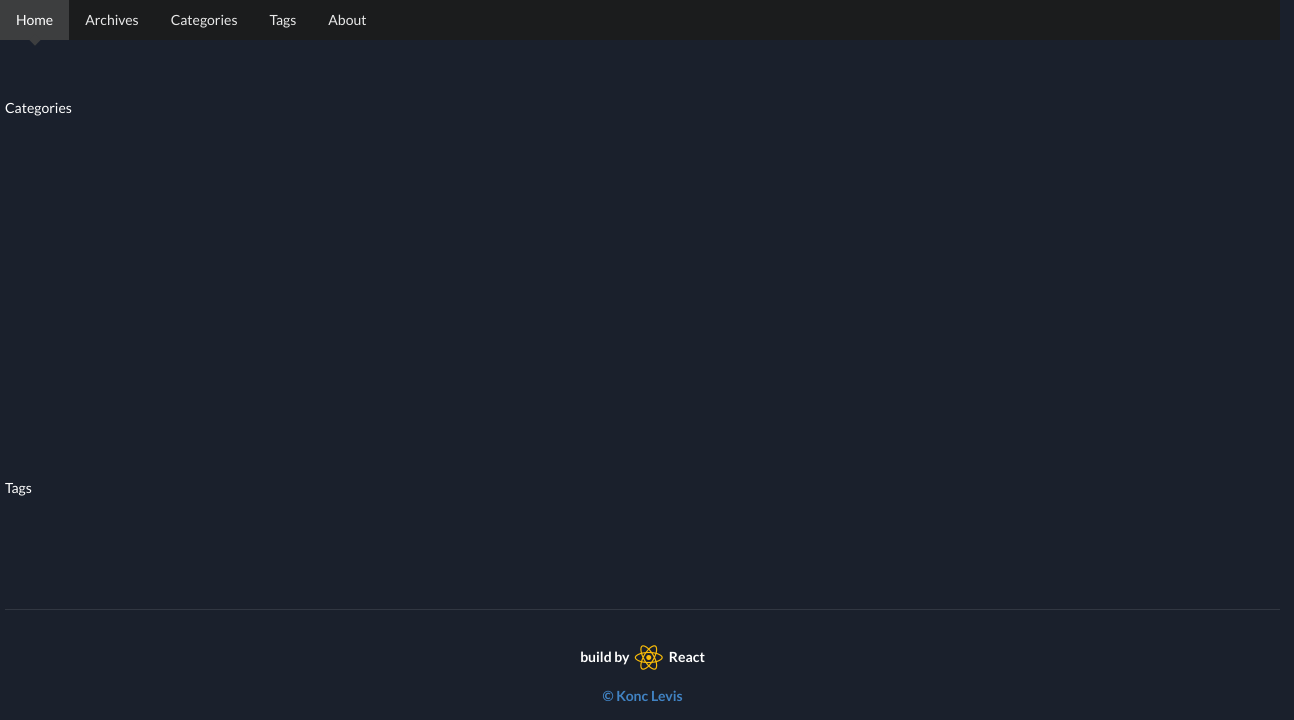
Repository: chu4j/my-spring-cloud-blog-frontend
Page: /
These files come from the project's save history. The page is drawn as it stood at one moment and after the next save; the edit follows.
The browser window is 1280 px wide. The page is 1294 px wide, so the pictures cover 1294 px, including what lies to the right of the window. The pictures show the whole page.
The page's requests for data from a server got no answer. The project was rebuilt for these pictures with package versions that can differ from the ones it lists, and the page was loaded fresh each time. No one was signed in, and anything a server would have sent is missing. Also part of the build but not shown: src/components/Categories.jsx, src/components/FocusContent.jsx, src/css/App.css, src/components/owner/LoginForm.jsx, src/components/Tags.jsx, src/components/Timeline.jsx, src/components/TimelineHome.jsx.

Above is the page before, as saved 2021-02-24 13:29:51.

### src/index.js
import React from 'react';
import ReactDOM from 'react-dom';
import { BrowserRouter } from 'react-router-dom';
import 'semantic-ui-css/semantic.min.css';
import './css/index.css';
import BlogRouter from './router/Router';
import  'github-markdown-css';
ReactDOM.render(<
    BrowserRouter forceRefresh={true} >
    <BlogRouter />
</BrowserRouter>,
    document.getElementById('root')
);

### src/css/index.css
body {
  -webkit-font-smoothing: antialiased;
  -moz-osx-font-smoothing: grayscale;
  background-color: #1A202C;
}

code {
  font-family: source-code-pro, Menlo, Monaco, Consolas, "Courier New",
    monospace;
}

.post-container {
  padding: 8px;
  border-radius: 2px;
}

.post-title {
  color: #011623;
}

.post-title:hover {
  color: #011623;
  text-decoration: underline;
}

/*animate*/

.posts-appear {
  opacity: 0;
}

.posts-enter {
  opacity: 1;
  transform: scale(0.95);
}

.posts-enter-active {
  opacity: 1;
  transform: translateX(0);
  transition: opacity 300ms, transform 200ms;
}

.posts-exit {
  opacity: 1;
  transform: scale(0.9);
}

.posts-exit-active {
  opacity: 0;
  transform: translateX(0);
  transition: opacity 300ms, transform 200ms;
}

.post-container pre code {
}
.common-label {
  display: inline-block;
  margin: 5px;
  padding: 2px;
  color: whitesmoke;
  border-radius: 0;
}
.common-label:hover {
  color: whitesmoke;
  text-decoration: underline;
}
.common-label-container {
  min-height: 280px;
}
.menu-container {
  margin-bottom: 5em;
}
.post-category {
  padding: 3px;
  background-color: #010101;
  color: white;
  display: inline-block;
  border-radius: 2px;
}
.post-category:hover {
  color: white;
  text-decoration: underline;
}
.post-tag {
  padding: 3px;
  color: #011623;
  border: 1px solid #011623;
  display: inline-block;
  border-radius: 4px;
}
.post-tag:hover {
  color: #010101;
  text-decoration: underline;
}
.my-container {
  color: white;
  padding-left: 5px;
}
.base-post-container{
  color: white;
  background-color:white;
}

### src/router/Router.jsx
import { Route, Switch } from "react-router-dom";
import Categories from "../components/Categories";
import FocusPostComponent from "../components/FocusContent";
import Home from "../components/Home";
import LoginForm from "../components/owner/LoginForm";
import Tags from "../components/Tags";
import MyTimeline from "../components/Timeline";
import TimelineHome from "../components/TimelineHome";
export default function BlogRouter() {
  return (
    <Switch>
      <Route path="/" exact>
        <Home />
      </Route>
      <Route path="/owner/login" exact>
        <LoginForm />
      </Route>
      <Route path="/category/:name" exact>
        <Home />
      </Route>
      <Route path="/tag/:name" exact>
        <Home />
      </Route>
      <Route path="/posts/page/:pageNumber">
        <Home />
      </Route>
      <Route path="/category/:name/page/:pageNumber">
        <Home />
      </Route>
      <Route path="/tag/:name/page/:pageNumber">
        <Home />
      </Route>
      <Route path="/post/:postId" exact>
        <FocusPostComponent />
      </Route>
      <Route path="/categories" exact>
        <Categories />
      </Route>
      <Route path="/tags" exact>
        <Tags />
      </Route>
      <Route path="/posts/timeline" exact>
        <TimelineHome />
      </Route>
      <Route path="/posts/timeline/page/:pageNumber" exact>
        <TimelineHome />
      </Route>
    </Switch>
  );
}

### src/components/Home.jsx
import { React, useEffect, useState } from "react";
import { useParams, useRouteMatch } from "react-router-dom";
import "../css/App.css";
import { ServerHost } from "./AppConfig";
import BlogLayout from "./BlogLayout";
import CategoryComponent from "./CategoryComponent";
import ContentComponent from "./Content";
import TagComponent from "./TagComponent";
async function getArchive(path) {
  const axios = require("axios").default;
  if (null == path) {
    return axios.get(ServerHost + "/v1/api/archive").then((res) => res.data);
  } else {
    return axios.get(path).then((res) => res.data);
  }
}
function countPath(router, name, pageNumber) {
  let requestUrl = "";
  let pagePrefix = "";
  const path = router.path;
  switch (path) {
    case "/":
      requestUrl = ServerHost + "/v1/api/archive";
      pagePrefix = "/posts/page/";
      break;
    case "/category/:name":
      requestUrl = ServerHost + "/v1/api/category/" + name;
      pagePrefix = "/category/" + name + "/page/";
      break;
    case "/category/:name/page/:pageNumber":
      requestUrl =
        ServerHost + "/v1/api/category/" + name + "?page=" + pageNumber;
      pagePrefix = "/category/" + name + "/page/";
      break;
    case "/tag/:name":
      requestUrl = ServerHost + "/v1/api/tag/" + name;
      pagePrefix = "/tag/" + name + "/page/";
      break;
    case "/tag/:name/page/:pageNumber":
      requestUrl = ServerHost + "/v1/api/tag/" + name + "?page=" + pageNumber;
      pagePrefix = "/tag/" + name + "/page/";
      break;
    case "/posts/page/:pageNumber":
      requestUrl = ServerHost + "/v1/api/archive?page=" + pageNumber;
      pagePrefix = "/posts/page/";
      break;
    default:
      break;
  }
  return { requestUrl, pagePrefix };
}
export default function Home() {
  let { name, pageNumber } = useParams();
  const router = useRouteMatch();
  console.log("router:" + JSON.stringify(router) + " type:" + typeof router);
  const params = countPath(router, name, pageNumber);
  console.log("returnPath:" + params.requestUrl);
  let activePage = 1;
  if (null != pageNumber && undefined != pageNumber) activePage = pageNumber;
  const [response, setData] = useState({});
  useEffect(() => {
    getArchive(params.requestUrl).then((res) => {
      setData(res);
    });
  }, []);
  return (
    <BlogLayout
      CategoryComponent={<CategoryComponent />}
      TagComponent={<TagComponent />}
      ContentComponent={
        <ContentComponent
          response={response}
          activePage={activePage}
          pagePrefix={params.pagePrefix}
        />
      }
      style={{ margin: 0, padding: 0 }}
    />
  );
}

### src/components/BlogLayout.jsx
import { Grid } from "semantic-ui-react";
import "../css/index.css";
import Header from "./BlogHeader";
import DivRow from "./Common";
import Footer from "./Footer";
export default function BlogLayout(props) {
  return (
    <div className="my-container">
      <Grid stackable>
        <Grid.Row columns={1}>
          <Header />
        </Grid.Row>
        <Grid.Row>
          {props.CategoryComponent && props.TagComponent && (
            <Grid.Column width={3}>
              {props.CategoryComponent}
              <DivRow />
              <DivRow />
              <DivRow />
              {props.TagComponent}
            </Grid.Column>
          )}
          {props.CategoryComponent &&
          props.TagComponent &&
          props.ContentComponent ? (
            <Grid.Column width={12}>{props.ContentComponent}</Grid.Column>
          ) : (
            <Grid.Column width={16}>{props.ContentComponent}</Grid.Column>
          )}
        </Grid.Row>
        <Grid.Row columns={1}>
          <Grid.Column>
            <Footer />
          </Grid.Column>
        </Grid.Row>
      </Grid>
    </div>
  );
}

### src/components/CategoryComponent.jsx
import React, { Component } from "react";
import { ServerHost } from "./AppConfig";
import DivRow from "./Common";
class CategoryComponent extends Component {
  state = {
    data: [{}],
  };
  componentDidMount() {
    const axois = require("axios").default;
    axois
      .get(ServerHost + "/v1/api/category/statistics/count")
      .then((res) => {
        const data = res.data;
        this.setState({ data: data });
      })
      .catch((error) => {
        console.log(error);
      });
    console.log("category card render");
  }
  render() {
    return (
      <>
        <span>Categories</span>
        <DivRow />
        <div className="common-label-container">
          {this.state.data.map((e, index) => (
            <a key={index} href={"/category/" + e.value} className="common-label">
              {e.value}
              &nbsp;
              {e.count}
            </a>
          ))}
        </div>
      </>
    );
  }
}
export default CategoryComponent;

### src/components/AppConfig.jsx
export const ServerHost = "http://localhost:9000";

### src/components/Content.jsx
import { React, useEffect, useState } from "react";
import { useHistory, withRouter } from "react-router-dom";
import { CSSTransition } from "react-transition-group";
import { Container, Grid, Header, Icon, Pagination } from "semantic-ui-react";
import DivRow from "./Common";

function ContentComponent(props) {
  const hljs = require("highlight.js");
  const [showComponent, setShowComponent] = useState(false);
  console.log("state : " + showComponent);
  useEffect(() => {
    let time = setTimeout(() => setShowComponent(true), 100);
    hljs.highlightAll();
    return () => {
      clearTimeout(time);
    };
  }, []);
  const history = useHistory();
  const handlePaginationClick = (e, { activePage }) => {
    const url = props.pagePrefix + activePage;
    history.push(url);
  };
  return (
    <>
      <CSSTransition
        in={showComponent}
        classNames="posts"
        timeout={200}
        unmountOnExit
      >
        <Container className="base-post-container">
          {props.response.list &&
            props.response.list.map((a, index) => (
              <div
                style={index > 0 ? { marginTop: "20px" } : {}}
                className="post-container"
              >
                <Header as="h1" textAlign="center">
                  <a href={"/post/" + a.serialNumber} className="post-title">
                    {a.title}
                  </a>
                </Header>
                {
                  <div
                    style={{ maxWidth: "960px" }}
                    className="markdown-body"
                    dangerouslySetInnerHTML={{ __html: a.content }}
                  ></div>
                }

                <DivRow />
                {a.category && a.tag && (
                  <>
                    <Container fluid>
                      <Grid>
                        <Grid.Row>
                          <Grid.Column width={5}>
                            {a.category.map((c, index) => (
                              <>
                                {" "}
                                <div key={index}>
                                  <span>
                                    <Icon name="linkify" color="black" />
                                    <a
                                      href={"/category/" + c.category}
                                      className="post-category"
                                    >
                                      {c.category}
                                    </a>
                                  </span>
                                </div>
                              </>
                            ))}
                          </Grid.Column>

                          <Grid.Column width={11}>
                            <Icon name="hashtag" color="teal" />
                            {a.tag.map((t, index) => (
                              <>
                                {" "}
                                <span key={index}>
                                  <a
                                    href={"/tag/" + t.tag}
                                    className="post-tag"
                                  >
                                    {t.tag}
                                  </a>
                                </span>
                              </>
                            ))}
                          </Grid.Column>
                        </Grid.Row>
                      </Grid>
                    </Container>
                  </>
                )}
                <DivRow />
                <DivRow />
              </div>
            ))}
          {props.response.totalPage > 1 && props.activePage && (
            <Container fluid textAlign="center" style={{ marginTop: "2em" }}>
              <Pagination
                totalPages={props.response.totalPage}
                firstItem={null}
                lastItem={null}
                pointing
                secondary
                activePage={props.activePage}
                onPageChange={handlePaginationClick}
              />
            </Container>
          )}
          {props.focus && props.response.list && (
            <div style={{ marginTop: "1em" }}>
              <Grid stackable>
                <Grid.Row>
                  <Grid.Column width={8}>
                    {props.response.list.map((e, index) => (
                      <>
                        {e.previous && (
                          <a
                            key={index}
                            href={"/post/" + e.previous.serialNumber}
                            style={{ fontWeight: "900" }}
                          >
                            <Icon name="angle left" size="big"></Icon>
                            &nbsp;&nbsp;{e.previous.title}
                          </a>
                        )}
                      </>
                    ))}
                  </Grid.Column>
                  <Grid.Column width={8} textAlign="right">
                    {props.response.list.map((e, index) => (
                      <>
                        {e.next && (
                          <a
                            key={index}
                            href={"/post/" + e.next.serialNumber}
                            style={{ fontWeight: "900" }}
                          >
                            {e.next.title}&nbsp;&nbsp;
                            <Icon name="angle right" size="big"></Icon>
                          </a>
                        )}
                      </>
                    ))}
                  </Grid.Column>
                </Grid.Row>
              </Grid>
            </div>
          )}
        </Container>
      </CSSTransition>
    </>
  );
}
export default withRouter(ContentComponent);

### src/components/TagComponent.jsx
import React, { Component } from "react";
import { ServerHost } from "./AppConfig";
import DivRow from "./Common";
class TagComponent extends Component {
  state = {
    data: [{}],
  };
  componentDidMount() {
    const axois = require("axios").default;
    axois
      .get(ServerHost + "/v1/api/tag/statistics/count")
      .then((res) => {
        const data = res.data;
        this.setState({ data: data });
      })
      .catch((error) => {
        console.error(error);
      });
  }
  render() {
    return (
      <>
        <span>Tags</span>
        <DivRow />
        <div>
          {this.state.data.map((e, index) => (
            <a key={index} href={"/tag/" + e.value} className="common-label">
              {e.value}
              &nbsp;
              {e.count}
            </a>
          ))}
        </div>
      </>
    );
  }
}
export default TagComponent;

### src/components/Common.jsx
export default function DivRow() {
  return <div>&nbsp;</div>;
}

### src/components/BlogHeader.jsx
import React, { Component } from "react";
import { Container, Menu } from "semantic-ui-react";
const menuStyle = {
  border: "none",
  borderRadius: 0,
  boxShadow: "none",
  marginBottom: "1em",
  marginTop: "4em",
  transition: "box-shadow 0.5s ease, padding 0.5s ease",
};

class BlogHeader extends Component {
  state = {
    activeItem: "home",
  };

  handleItemClick = (e, { name }) => this.setState({ activeItem: name });
  render() {
    const { activeItem } = this.state;
    return (
      <Container fluid className="menu-container">
        <Menu fixed="top" pointing  borderless inverted>
          <Menu.Item
            as="a"
            name="home"
            active={activeItem === "home"}
            onClick={this.handleItemClick}
            link
            href="/"
          ></Menu.Item>
          <Menu.Item
            as="a"
            name="archives"
            active={activeItem === "archives"}
            onClick={this.handleItemClick}
            link
            href="/posts/timeline"
          />
          <Menu.Item
            as="a"
            name="categories"
            active={activeItem === "categories"}
            onClick={this.handleItemClick}
            link
            href="/categories"
          />
          <Menu.Item
            name="tags"
            active={activeItem === "tags"}
            onClick={this.handleItemClick}
            as="a"
            href="/tags"
          />
          <Menu.Item
            name="about"
            active={activeItem === "about"}
            onClick={this.handleItemClick}
          />
        </Menu>
      </Container>
    );
  }
}

export default BlogHeader;

### src/components/Footer.jsx
import { Component, React } from "react";
import { Divider, Icon } from "semantic-ui-react";
import DivRow from "./Common";

class Footer extends Component {
  render() {
    return (
      <div style={{ marginTop: "2em", textAlign: "center" }}>
        <Divider />
        <DivRow />
        <p style={{ fontWeight: "900" }}>
          build by <Icon name="react" color="yellow" size="big" />
          <b>React</b>
        </p>

        <a href="https://www.github.com/konchoo">
          <b>&copy;&nbsp;Konc Levis</b>
        </a>
      </div>
    );
  }
}
export default Footer;

Loaded but not shown: public/index.html (common file)

After the next save:
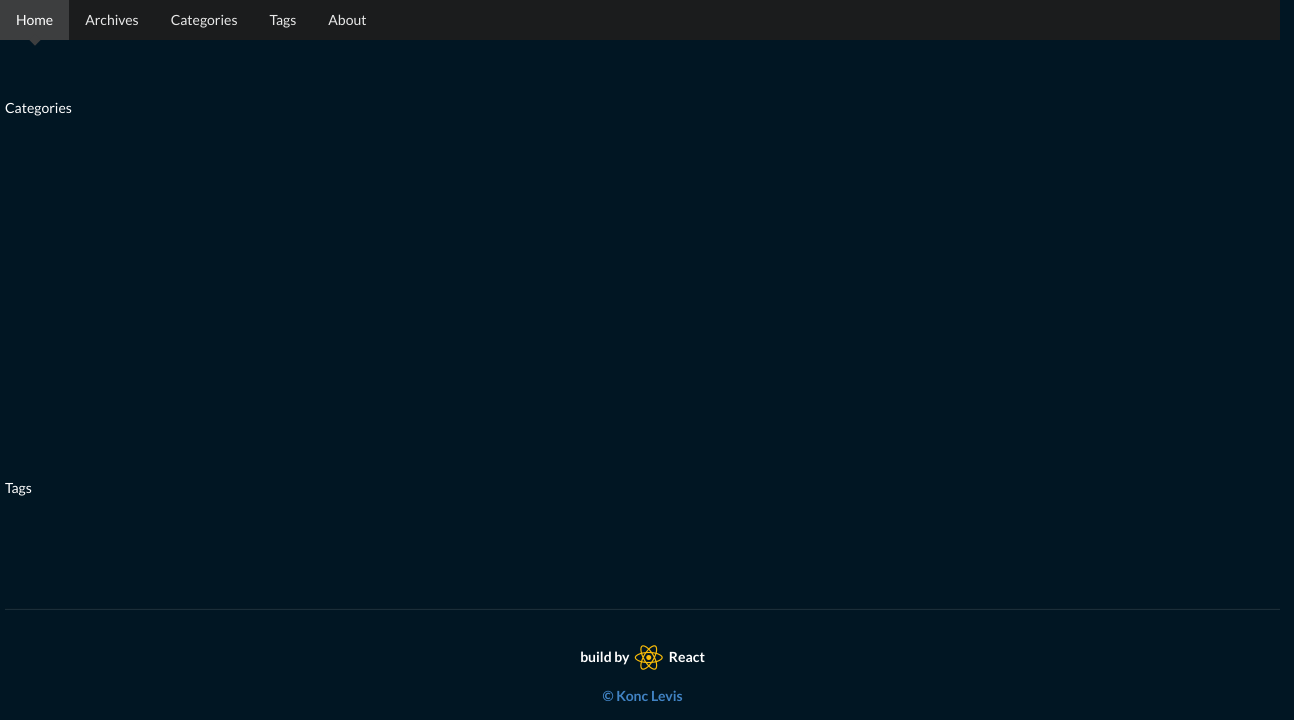
Saved 9 s later.
--- a/src/css/index.css
+++ b/src/css/index.css
@@ -1,7 +1,7 @@
 body {
   -webkit-font-smoothing: antialiased;
   -moz-osx-font-smoothing: grayscale;
-  background-color: #1A202C;
+  background-color: #011623;
 }
 
 code {
